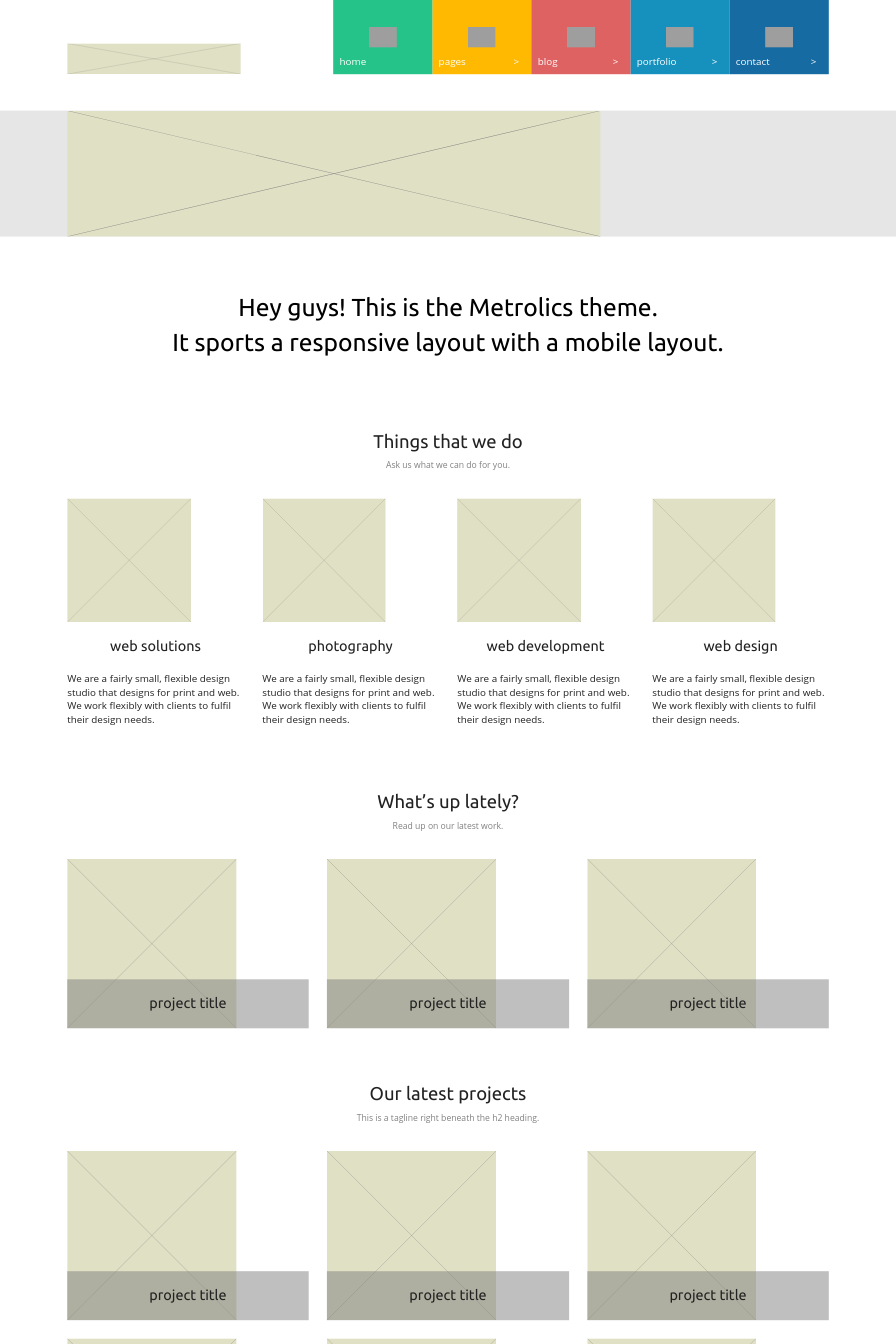
Repository: eilidhma/metrolics
Page: index.html
An editor plug-in stored every save of this project. The page is shown before and after the next save, followed by the edit.
The browser window is 1280 px wide. The pictures show the part of the page from y = 0 to 1920 px (the page is 3191 px tall before and 3963 px after), at 70% of full size.
Pictures or frames that could not be fetched are drawn as grey boxes.

Above is the page before, as saved 2021-02-03 22:34:27.

After the next save:
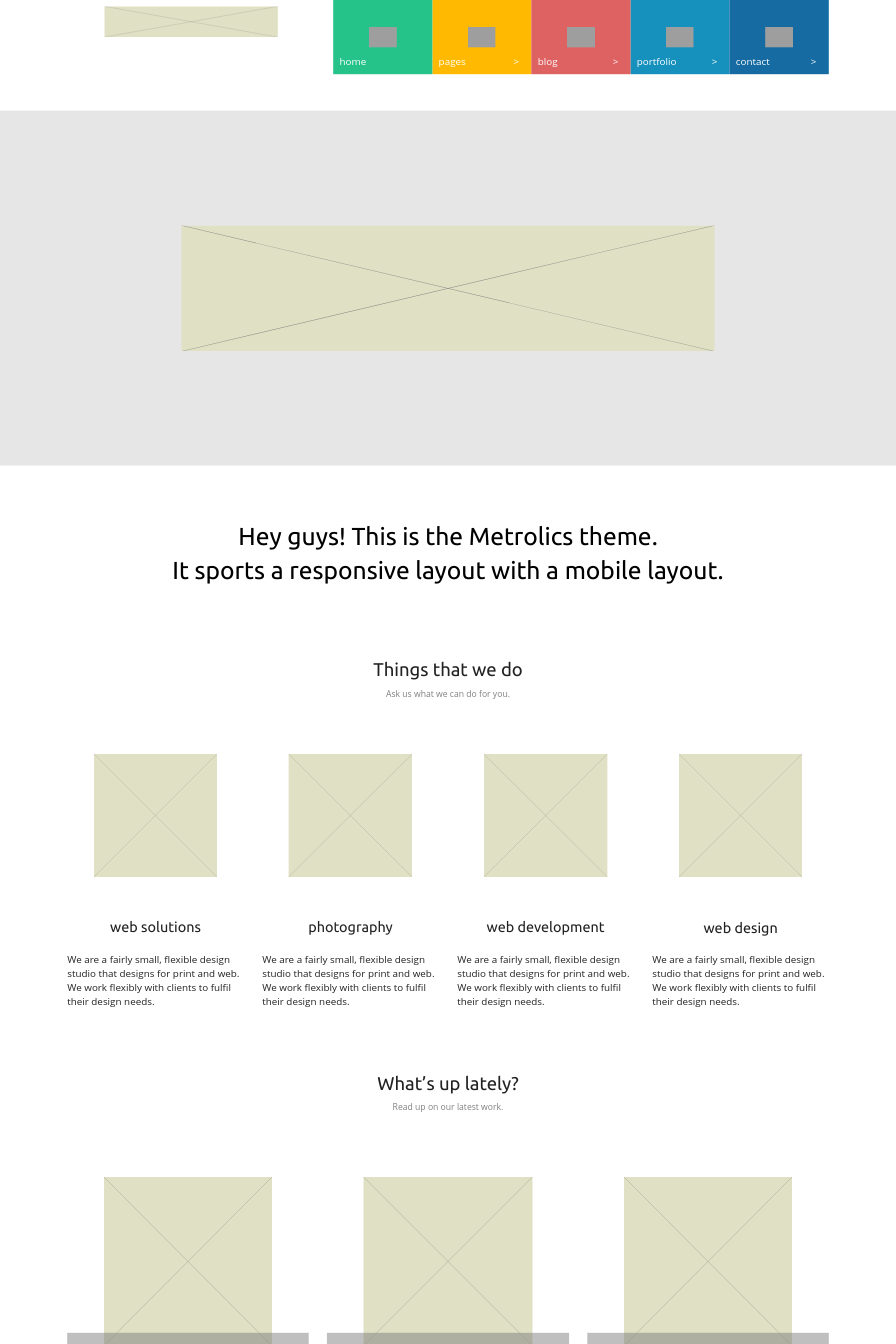
Saved 6 s later.
--- a/css/main.css
+++ b/css/main.css
@@ -424,7 +424,7 @@ MODULES
 
 .column img {
   width: 70%;
-  padding: ;
+  padding: 15%;
 }
 
 .email {
